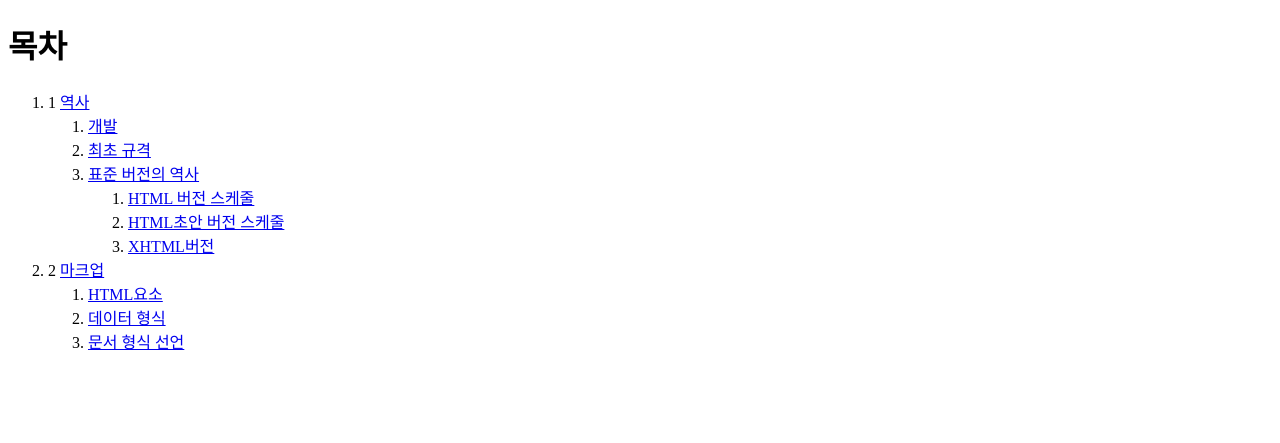
Repository: ggandory/CODE
Page: 6/wiki/index.html
An editor plug-in stored every save of this project. The page is shown before and after the next save, followed by the edit.
The browser window is 1280 px wide. The pictures show the whole page.

Above is the page before, as saved 2024-02-07 23:46:09.

### 6/wiki/index.html
<!DOCTYPE html>
<html lang="en">
  <head>
    <meta charset="UTF-8" />
    <meta name="viewport" content="width=device-width, initial-scale=1.0" />
    <title>Document</title>
    <link rel="stylesheet" href="style.css" />
  </head>
  <body>
    <div class="list">
      <h1>목차</h1>
      <ol>
        <li>
          <span>1</span>
          <a href="#">역사</a>
          <ol>
            <li>
              <a href="#">개발</a>
            </li>
            <li>
              <a href="#">최초 규격</a>
            </li>
            <li>
              <a href="#">표준 버전의 역사</a>
              <ol>
                <li>
                  <a href="#">HTML 버전 스케줄</a>
                </li>
                <li>
                  <a href="#">HTML초안 버전 스케줄</a>
                </li>
                <li>
                  <a href="#">XHTML버전</a>
                </li>
              </ol>
            </li>
          </ol>
        </li>
        <li>
          <span>2</span>
          <a href="#">마크업</a>
          <ol>
            <li>
              <a href="#">HTML요소</a>
            </li>
            <li>
              <a href="#">데이터 형식</a>
            </li>
            <li>
              <a href="#">문서 형식 선언</a>
            </li>
          </ol>
        </li>
      </ol>
    </div>
  </body>
</html>

Loaded but not shown: 6/wiki/style.css (no stored copy; drawn as an empty file)

After the next save:
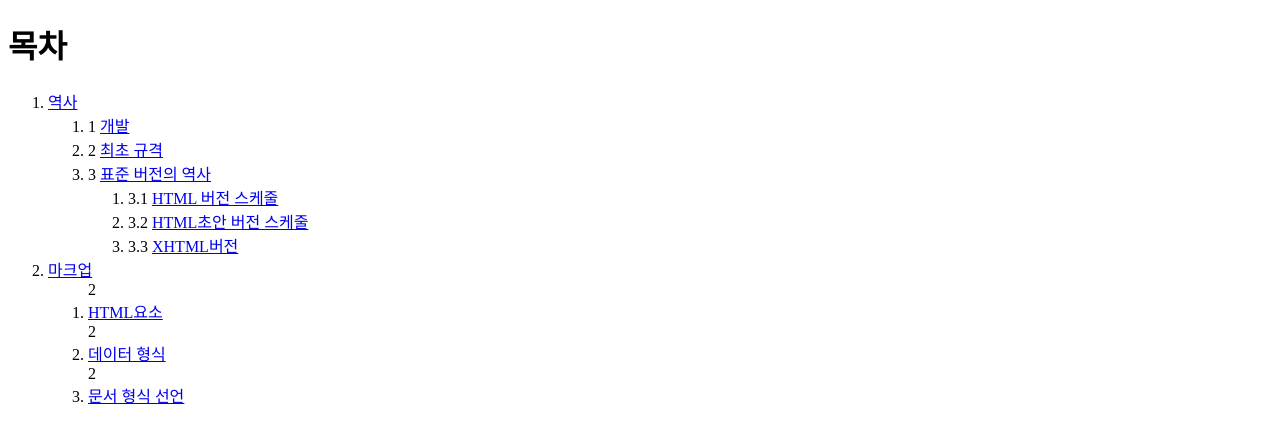
Saved 3 min 26 s later.
--- a/6/wiki/index.html
+++ b/6/wiki/index.html
@@ -11,25 +11,30 @@
       <h1>목차</h1>
       <ol>
         <li>
-          <span>1</span>
           <a href="#">역사</a>
           <ol>
             <li>
+              <span>1</span>
               <a href="#">개발</a>
             </li>
             <li>
+              <span>2</span>
               <a href="#">최초 규격</a>
             </li>
             <li>
+              <span>3</span>
               <a href="#">표준 버전의 역사</a>
               <ol>
                 <li>
+                  <span>3.1</span>
                   <a href="#">HTML 버전 스케줄</a>
                 </li>
                 <li>
+                  <span>3.2</span>
                   <a href="#">HTML초안 버전 스케줄</a>
                 </li>
                 <li>
+                  <span>3.3</span>
                   <a href="#">XHTML버전</a>
                 </li>
               </ol>
@@ -37,15 +42,17 @@
           </ol>
         </li>
         <li>
-          <span>2</span>
           <a href="#">마크업</a>
           <ol>
+            <span>2</span>
             <li>
               <a href="#">HTML요소</a>
             </li>
+            <span>2</span>
             <li>
               <a href="#">데이터 형식</a>
             </li>
+            <span>2</span>
             <li>
               <a href="#">문서 형식 선언</a>
             </li>
